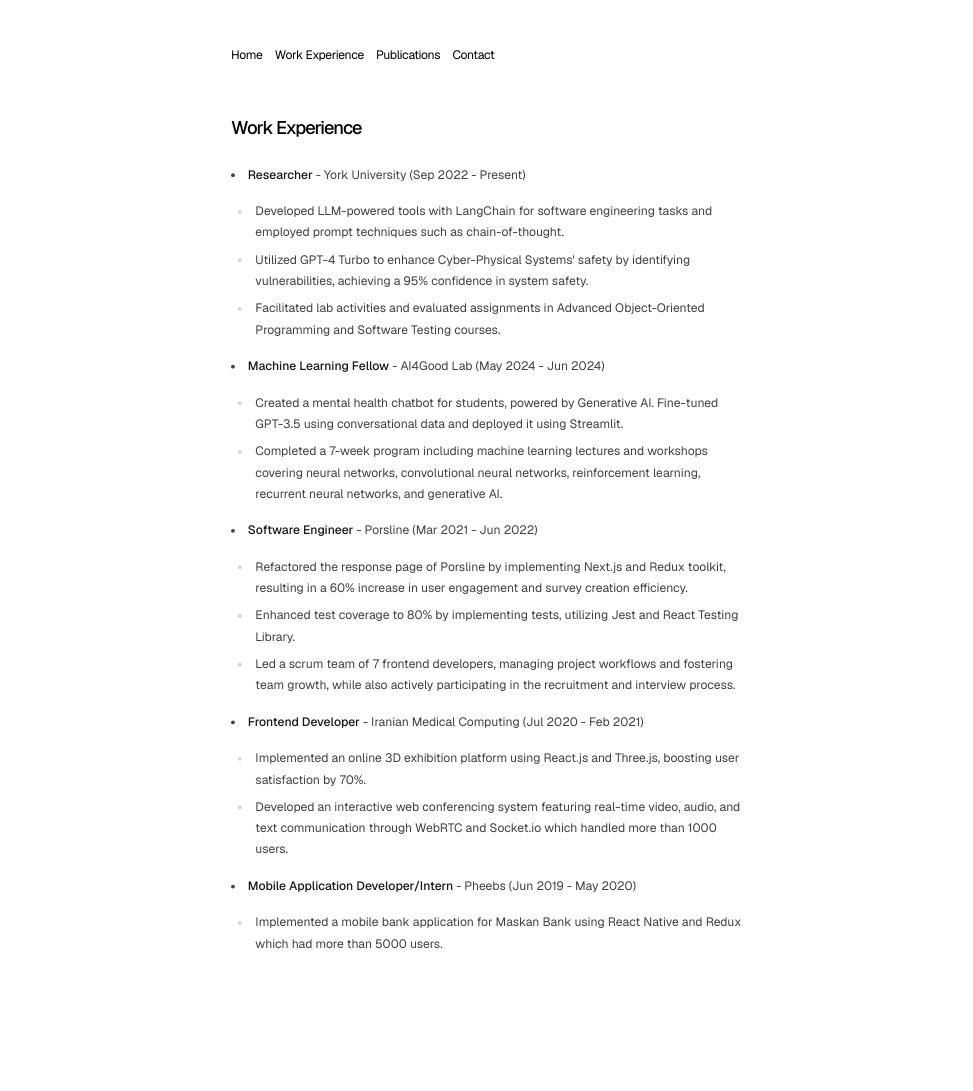
Repository: kimixz/kimixz.github.io
Page: /work
An editor plug-in stored every save of this project. The page is shown before and after the next save, followed by the edit.
The browser window is 1280 px wide. The pictures show the whole page, at 76% of full size.
The project was rebuilt for these pictures with package versions that can differ from the ones it lists, and the page was loaded fresh each time. Some packages were replaced by stand-ins written for this rebuild. The framework's server and built-in components were replaced by stand-ins that run in the browser. Also part of the build but not shown: next.config.mjs, app/blog/[slug]/sandpack.tsx.

Above is the page before, as saved 2024-07-28 16:44:12.

### app/work/page.tsx
export default function Page() {
  return (
    <section>
      <h1 className="font-medium text-2xl mb-8 tracking-tighter">Work Experience</h1>
      <p className="prose prose-neutral dark:prose-invert">
          <li>
            <strong>Researcher</strong> - York University (Sep 2022 - Present)
            <ul>
              <li>Developed LLM-powered tools with LangChain for software engineering tasks and employed prompt techniques such as chain-of-thought.</li>
              <li>Utilized GPT-4 Turbo to enhance Cyber-Physical Systems' safety by identifying vulnerabilities, achieving a 95% confidence in system safety.</li>
              <li>Facilitated lab activities and evaluated assignments in Advanced Object-Oriented Programming and Software Testing courses.</li>
            </ul>
          </li>
          <li>
            <strong>Machine Learning Fellow</strong> - AI4Good Lab (May 2024 - Jun 2024)
            <ul>
              <li>Created a mental health chatbot for students, powered by Generative AI. Fine-tuned GPT-3.5 using conversational data and deployed it using Streamlit.</li>
              <li>Completed a 7-week program including machine learning lectures and workshops covering neural networks, convolutional neural networks, reinforcement learning, recurrent neural networks, and generative AI.</li>
            </ul>
          </li>
          <li>
            <strong>Software Engineer</strong> - Porsline (Mar 2021 - Jun 2022)
            <ul>
              <li>Refactored the response page of Porsline by implementing Next.js and Redux toolkit, resulting in a 60% increase in user engagement and survey creation efficiency.</li>
              <li>Enhanced test coverage to 80% by implementing tests, utilizing Jest and React Testing Library.</li>
              <li>Led a scrum team of 7 frontend developers, managing project workflows and fostering team growth, while also actively participating in the recruitment and interview process.</li>
            </ul>
          </li>
          <li>
            <strong>Frontend Developer</strong> - Iranian Medical Computing (Jul 2020 - Feb 2021)
            <ul>
              <li>Implemented an online 3D exhibition platform using React.js and Three.js, boosting user satisfaction by 70%.</li>
              <li>Developed an interactive web conferencing system featuring real-time video, audio, and text communication through WebRTC and Socket.io which handled more than 1000 users.</li>
            </ul>
          </li>
          <li>
            <strong>Mobile Application Developer/Intern</strong> - Pheebs (Jun 2019 - May 2020)
            <ul>
              <li>Implemented a mobile bank application for Maskan Bank using React Native and Redux which had more than 5000 users.</li>
            </ul>
          </li>
      </p>
    </section>
  );
}

### app/global.css
@tailwind base;
@tailwind components;
@tailwind utilities;

::selection {
  background-color: #47a3f3;
  color: #fefefe;
}

:root {
  --sh-class: #2d5e9d;
  --sh-identifier: #354150;
  --sh-sign: #8996a3;
  --sh-string: #007f7a;
  --sh-keyword: #e02518;
  --sh-comment: #a19595;
  --sh-jsxliterals: #6266d1;
  --sh-property: #e25a1c;
  --sh-entity: #e25a1c;
}

@media (prefers-color-scheme: dark) {
  :root {
    --sh-class: #4c97f8;
    --sh-identifier: white;
    --sh-keyword: #f47067;
    --sh-string: #0fa295;
  }
  html {
    color-scheme: dark;
  }
}

html {
  min-width: 360px;
}

.prose .anchor {
  @apply absolute invisible no-underline;

  margin-left: -1em;
  padding-right: 0.5em;
  width: 80%;
  max-width: 700px;
  cursor: pointer;
}

.anchor:hover {
  @apply visible;
}

.prose a {
  @apply transition-all decoration-neutral-400 dark:decoration-neutral-600 underline-offset-2 decoration-[0.1em];
}

.prose .anchor:after {
  @apply text-neutral-300 dark:text-neutral-700;
  content: '#';
}

.prose *:hover > .anchor {
  @apply visible;
}

.prose pre {
  @apply bg-neutral-50 dark:bg-neutral-900 rounded-lg overflow-x-auto border border-neutral-200 dark:border-neutral-900;
}

.prose code {
  @apply px-1 py-0.5 rounded-lg;
}

.prose pre code {
  @apply p-0;
  border: initial;
  line-height: 1.5;
}

.prose code span {
  @apply font-medium;
}

.prose img {
  /* Don't apply styles to next/image */
  @apply m-0;
}

.prose h2,
h3,
h4 {
  @apply font-medium tracking-tighter !important;
}

.prose strong {
  @apply font-medium;
}

.prose > :first-child {
  /* Override removing top margin, causing layout shift */
  margin-top: 1.25em !important;
  margin-bottom: 1.25em !important;
}

pre::-webkit-scrollbar {
  display: none;
}

pre {
  -ms-overflow-style: none; /* IE and Edge */
  scrollbar-width: none; /* Firefox */
}

/* Remove Safari input shadow on mobile */
input[type='text'],
input[type='email'] {
  -webkit-appearance: none;
  -moz-appearance: none;
  appearance: none;
}

.prose .tweet a {
  text-decoration: inherit;
  font-weight: 500;
}

table {
  display: block;
  max-width: fit-content;
  overflow-x: auto;
  white-space: nowrap;
}

.prose .callout > p {
  margin: 0 !important;
}

.title {
  text-wrap: balance;
}

### app/components/nav.tsx
import Link from 'next/link';

const navItems = {
  '/': {
    name: 'Home',
  },
  '/work': {
    name: 'Work Experience',
  },
  '/publications': {
    name: 'Publications',
  },
  '/contact': {
    name: 'Contact',
  },
};

export function Navbar() {
  return (
    <aside className="-ml-[8px] mb-16 tracking-tight">
      <div className="lg:sticky lg:top-20">
        <nav
          className="flex flex-row items-start relative px-0 pb-0 fade md:overflow-auto scroll-pr-6 md:relative"
          id="nav"
        >
          <div className="flex flex-row space-x-0 pr-10">
            {Object.entries(navItems).map(([path, { name }]) => {
              return (
                <Link
                  key={path}
                  href={path}
                  className="transition-all hover:text-neutral-800 dark:hover:text-neutral-200 flex align-middle relative py-1 px-2"
                >
                  {name}
                </Link>
              );
            })}
          </div>
        </nav>
      </div>
    </aside>
  );
}

Loaded but not shown: app/layout.tsx (common file); tailwind.config.ts (common file)

After the next save:
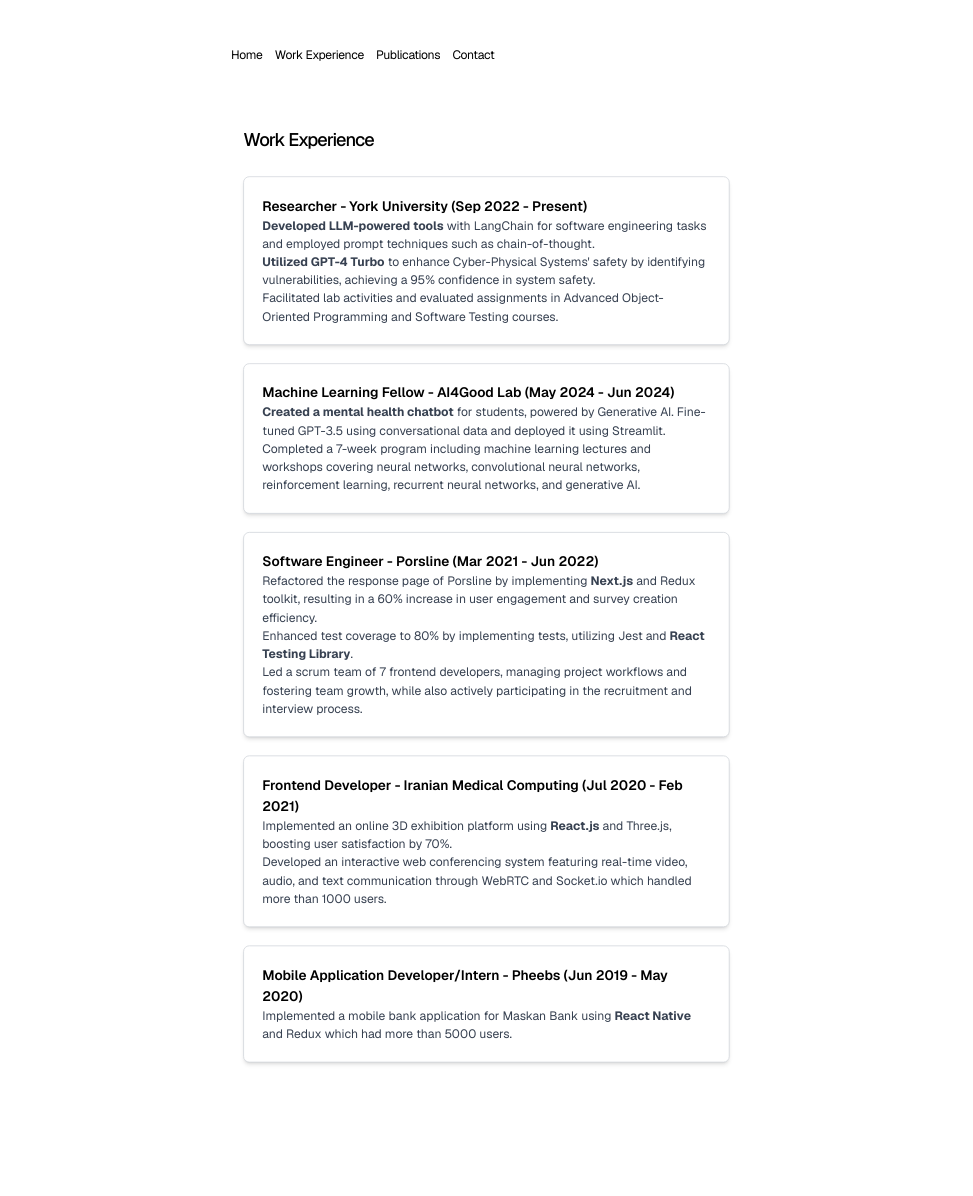
Saved 3 min 19 s later.
--- a/app/work/page.tsx
+++ b/app/work/page.tsx
@@ -1,45 +1,46 @@
 export default function Page() {
   return (
-    <section>
+    <section className="max-w-3xl mx-auto p-4">
       <h1 className="font-medium text-2xl mb-8 tracking-tighter">Work Experience</h1>
-      <p className="prose prose-neutral dark:prose-invert">
-          <li>
-            <strong>Researcher</strong> - York University (Sep 2022 - Present)
-            <ul>
-              <li>Developed LLM-powered tools with LangChain for software engineering tasks and employed prompt techniques such as chain-of-thought.</li>
-              <li>Utilized GPT-4 Turbo to enhance Cyber-Physical Systems' safety by identifying vulnerabilities, achieving a 95% confidence in system safety.</li>
-              <li>Facilitated lab activities and evaluated assignments in Advanced Object-Oriented Programming and Software Testing courses.</li>
-            </ul>
-          </li>
-          <li>
-            <strong>Machine Learning Fellow</strong> - AI4Good Lab (May 2024 - Jun 2024)
-            <ul>
-              <li>Created a mental health chatbot for students, powered by Generative AI. Fine-tuned GPT-3.5 using conversational data and deployed it using Streamlit.</li>
-              <li>Completed a 7-week program including machine learning lectures and workshops covering neural networks, convolutional neural networks, reinforcement learning, recurrent neural networks, and generative AI.</li>
-            </ul>
-          </li>
-          <li>
-            <strong>Software Engineer</strong> - Porsline (Mar 2021 - Jun 2022)
-            <ul>
-              <li>Refactored the response page of Porsline by implementing Next.js and Redux toolkit, resulting in a 60% increase in user engagement and survey creation efficiency.</li>
-              <li>Enhanced test coverage to 80% by implementing tests, utilizing Jest and React Testing Library.</li>
-              <li>Led a scrum team of 7 frontend developers, managing project workflows and fostering team growth, while also actively participating in the recruitment and interview process.</li>
-            </ul>
-          </li>
-          <li>
-            <strong>Frontend Developer</strong> - Iranian Medical Computing (Jul 2020 - Feb 2021)
-            <ul>
-              <li>Implemented an online 3D exhibition platform using React.js and Three.js, boosting user satisfaction by 70%.</li>
-              <li>Developed an interactive web conferencing system featuring real-time video, audio, and text communication through WebRTC and Socket.io which handled more than 1000 users.</li>
-            </ul>
-          </li>
-          <li>
-            <strong>Mobile Application Developer/Intern</strong> - Pheebs (Jun 2019 - May 2020)
-            <ul>
-              <li>Implemented a mobile bank application for Maskan Bank using React Native and Redux which had more than 5000 users.</li>
-            </ul>
-          </li>
-      </p>
+
+      <div className="space-y-6">
+        <div className="p-6 border border-gray-300 dark:border-gray-700 rounded-lg bg-white dark:bg-gray-900 shadow-md">
+          <h2 className="font-semibold text-lg">Researcher - York University (Sep 2022 - Present)</h2>
+          <ul className="text-gray-700 dark:text-gray-300">
+            <li><strong>Developed LLM-powered tools</strong> with LangChain for software engineering tasks and employed prompt techniques such as chain-of-thought.</li>
+            <li><strong>Utilized GPT-4 Turbo</strong> to enhance Cyber-Physical Systems' safety by identifying vulnerabilities, achieving a 95% confidence in system safety.</li>
+            <li>Facilitated lab activities and evaluated assignments in Advanced Object-Oriented Programming and Software Testing courses.</li>
+          </ul>
+        </div>
+        <div className="p-6 border border-gray-300 dark:border-gray-700 rounded-lg bg-white dark:bg-gray-900 shadow-md">
+          <h2 className="font-semibold text-lg">Machine Learning Fellow - AI4Good Lab (May 2024 - Jun 2024)</h2>
+          <ul className="text-gray-700 dark:text-gray-300">
+            <li><strong>Created a mental health chatbot</strong> for students, powered by Generative AI. Fine-tuned GPT-3.5 using conversational data and deployed it using Streamlit.</li>
+            <li>Completed a 7-week program including machine learning lectures and workshops covering neural networks, convolutional neural networks, reinforcement learning, recurrent neural networks, and generative AI.</li>
+          </ul>
+        </div>
+        <div className="p-6 border border-gray-300 dark:border-gray-700 rounded-lg bg-white dark:bg-gray-900 shadow-md">
+          <h2 className="font-semibold text-lg">Software Engineer - Porsline (Mar 2021 - Jun 2022)</h2>
+          <ul className="text-gray-700 dark:text-gray-300">
+            <li>Refactored the response page of Porsline by implementing <strong>Next.js</strong> and Redux toolkit, resulting in a 60% increase in user engagement and survey creation efficiency.</li>
+            <li>Enhanced test coverage to 80% by implementing tests, utilizing Jest and <strong>React Testing Library</strong>.</li>
+            <li>Led a scrum team of 7 frontend developers, managing project workflows and fostering team growth, while also actively participating in the recruitment and interview process.</li>
+          </ul>
+        </div>
+        <div className="p-6 border border-gray-300 dark:border-gray-700 rounded-lg bg-white dark:bg-gray-900 shadow-md">
+          <h2 className="font-semibold text-lg">Frontend Developer - Iranian Medical Computing (Jul 2020 - Feb 2021)</h2>
+          <ul className="text-gray-700 dark:text-gray-300">
+            <li>Implemented an online 3D exhibition platform using <strong>React.js</strong> and Three.js, boosting user satisfaction by 70%.</li>
+            <li>Developed an interactive web conferencing system featuring real-time video, audio, and text communication through WebRTC and Socket.io which handled more than 1000 users.</li>
+          </ul>
+        </div>
+        <div className="p-6 border border-gray-300 dark:border-gray-700 rounded-lg bg-white dark:bg-gray-900 shadow-md">
+          <h2 className="font-semibold text-lg">Mobile Application Developer/Intern - Pheebs (Jun 2019 - May 2020)</h2>
+          <ul className="text-gray-700 dark:text-gray-300">
+            <li>Implemented a mobile bank application for Maskan Bank using <strong>React Native</strong> and Redux which had more than 5000 users.</li>
+          </ul>
+        </div>
+      </div>
     </section>
   );
 }
